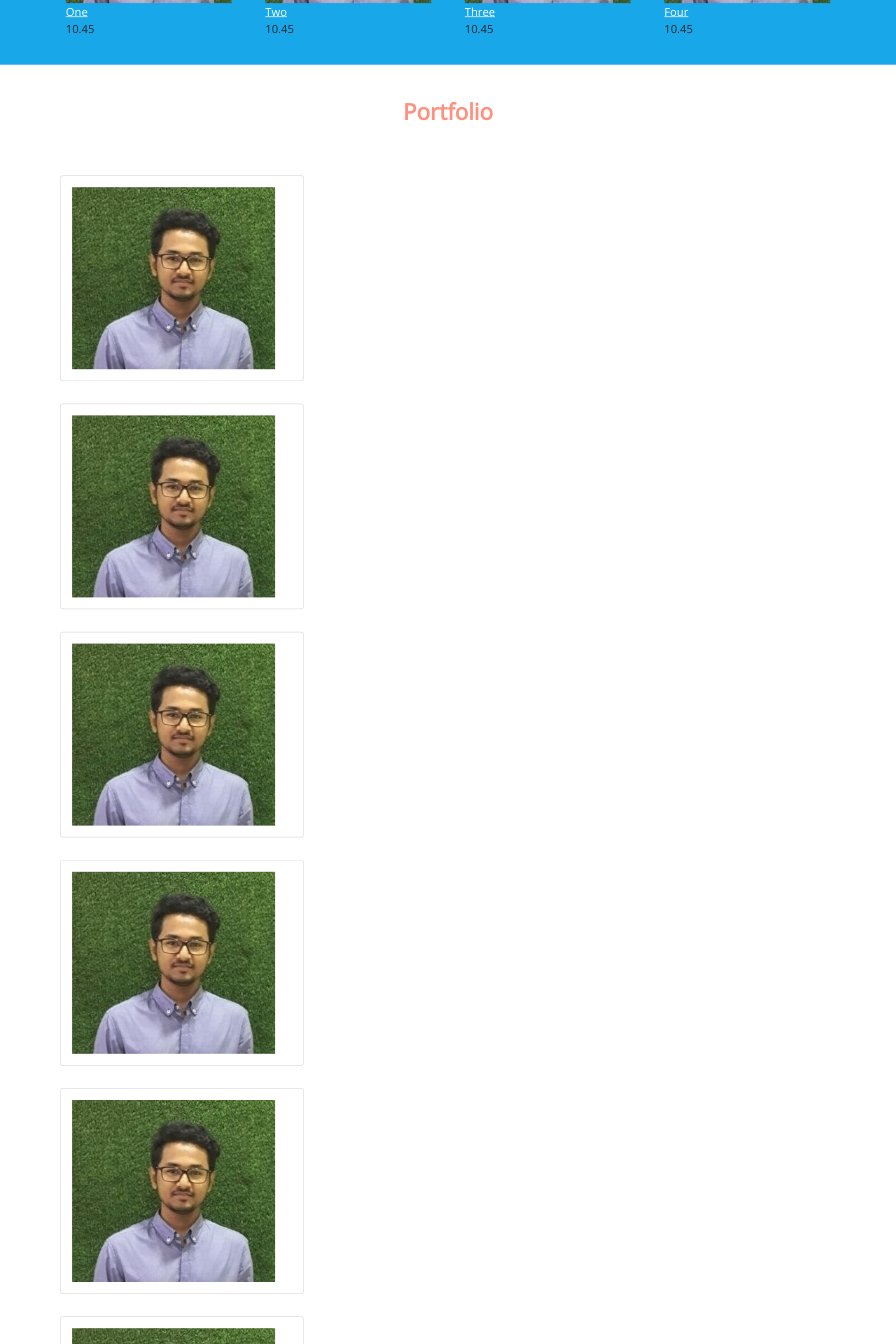
Repository: emowzz/emowzz.github.io
Page: index.html
The author's editor kept a copy of each file at every save. The page is drawn from the files as they stood at one save, then again after the next save.
The browser window is 1280 px wide. The pictures show the part of the page from y = 2599 to 4519 px (the page is 4789 px tall before and 4821 px after), at 70% of full size.
Some web libraries are served in a nearby version.

Above is the page before, as saved 2021-03-17 23:32:59.

### index.html
<!doctype html>
<html lang="en">

<head>
  <!-- Required meta tags -->
  <meta charset="utf-8">
  <meta name="viewport" content="width=device-width, initial-scale=1">
  <link rel="shortcut icon" type="image/png" href="./Image/myImgZoom.jpg">
  <!-- Bootstrap CSS -->
  <link href="https://cdn.jsdelivr.net/npm/bootstrap@5.0.0-beta2/dist/css/bootstrap.min.css" rel="stylesheet"
    integrity="sha384-BmbxuPwQa2lc/FVzBcNJ7UAyJxM6wuqIj61tLrc4wSX0szH/Ev+nYRRuWlolflfl" crossorigin="anonymous">
  <link rel="preconnect" href="https://fonts.gstatic.com">
  <link href="https://fonts.googleapis.com/css2?family=Open+Sans:wght@300&display=swap" rel="stylesheet">
  <link rel="stylesheet" href="./CSS/style.css">


  <title>Hi There, I'm Fahim Foysal Emon!</title>

  <script src="https://kit.fontawesome.com/a076d05399.js" crossorigin="anonymous"></script>
</head>

<body>

  <!-- this is banner section -->
  <section class="banner-container container-fluid">
    <div class="row vh-100">
      <div class="col-md-9 banner-column m-auto text-center text-white p-4 border border-light">
        <h1 class="display:4 fw-bolder">Fahim Foysal Emon</h1>
        <h3>Software Developer</h3>
      </div>
    </div>
  </section>

  <!-- this is nav-bar section -->
  <nav class="navbar navbar-expand-lg navbar-dark navbar-container">
    <div class="container-fluid">
      <button class="navbar-toggler" type="button" data-bs-toggle="collapse" data-bs-target="#navbarSupportedContent"
        aria-controls="navbarSupportedContent" aria-expanded="false" aria-label="Toggle navigation">
        <span class="navbar-toggler-icon"></span>
      </button>
      <div class="collapse navbar-collapse" id="navbarSupportedContent">
        <ul class="navbar-nav m-auto mb-2 mb-lg-0">
          <li class="nav-item">
            <a class="nav-link active" aria-current="page" href="#About">ABOUT</a>
          </li>
          <li class="nav-item">
            <a class="nav-link" href="#Education">EDUCATION</a>
          </li>
          <li class="nav-item">
            <a class="nav-link" href="#Project">PROJECT</a>
          </li>
          <li class="nav-item">
            <a class="nav-link" href="#Portfolio">PORTFOLIO</a>
          </li>
          <li class="nav-item">
            <a class="nav-link" href="#Gallery">GALLERY</a>
          </li>
          <li class="nav-item">
            <a class="nav-link" href="#Contact">CONTACT</a>
          </li>
        </ul>
      </div>
    </div>
  </nav>

  <!-- this is about section -->
  <div class="about-container" id="About">
    <div class="container">
      <div class="row align-items-center justify-content-center">
        <div class="col-md-9 py-5 text-white">
          <h3>Fahim Foysal Emon</h3>
          <p>Software Developer</p>
          <p>Lorem ipsum dolor, sit amet consectetur adipisicing elit. Qui a architecto tempore blanditiis, aperiam
            eius, id optio fugit odit quis reiciendis ad expedita consequatur dolores repellendus asperiores illum
            assumenda molestias distinctio dicta suscipit mollitia doloribus eum voluptates. Quisquam molestiae eius
            numquam quidem iusto asperiores dolorem minima minus accusantium, accusamus doloribus.</p>
          <p>Lorem ipsum dolor sit, amet consectetur adipisicing elit. Sint quidem accusamus dolor sed voluptas
            distinctio eos? Tempore sed omnis mollitia asperiores quos quidem hic porro consectetur? Numquam in ipsa
            commodi inventore nostrum asperiores consequuntur! Nemo molestiae necessitatibus suscipit doloribus eius!
          </p>
          <p>
            Lorem ipsum dolor sit amet consectetur adipisicing elit. Nisi suscipit dignissimos tempore culpa soluta,
            assumenda voluptas dolores quam nobis? Sed ad dolores itaque eveniet nulla autem quos et. Animi, laudantium?
          </p>
        </div>

        <div class="col-md-3 mb-4">
          <img src="/Image/myImg.png" alt="" class="img-fluid border rounded-circle border-light">
        </div>
      </div>
    </div>
  </div>

  <!-- this is education section -->
  <div class="education-container" id="Education">
    <div class="container">
      <div class="row text-center">
        <div class="col py-5">
          <h2 class="bg-redType-color fw-bolder">
            Education
          </h2>
        </div>
      </div>

      <div class="row my-4 py-5 align-items-center justify-content-center">
        <div class="col-md-2 pd-3 mx-5">
          <div class="circle text-center text-white">
            <p class="py-5">
              June, 2013 <br>
              Dec, 2015
            </p>
          </div>
        </div>

        <div class="col-md-9">
          <div class="card">
            <div class="card-body">
              Lorem ipsum dolor sit, amet consectetur adipisicing elit. Consequuntur exercitationem veniam dicta est
              nemo possimus aperiam reiciendis necessitatibus quisquam reprehenderit tempore, tenetur aspernatur? Itaque
              id, animi illo blanditiis earum consequuntur eaque illum nisi omnis reiciendis quisquam quidem, quae
              laudantium! Praesentium eligendi non dolorem optio ipsa distinctio explicabo animi vitae nam.
            </div>
          </div>
        </div>

      </div>

      <div class="row my-4 py-5 align-items-center justify-content-center">
        <div class="col-md-2 pb-3 mx-5">
          <div class="circle text-center text-white">
            <p class="py-5">
              June, 2013 <br>
              Dec, 2015
            </p>
          </div>
        </div>

        <div class="col-md-9">
          <div class="card">
            <div class="card-body">
              Lorem ipsum dolor sit, amet consectetur adipisicing elit. Consequuntur exercitationem veniam dicta est
              nemo possimus aperiam reiciendis necessitatibus quisquam reprehenderit tempore, tenetur aspernatur? Itaque
              id, animi illo blanditiis earum consequuntur eaque illum nisi omnis reiciendis quisquam quidem, quae
              laudantium! Praesentium eligendi non dolorem optio ipsa distinctio explicabo animi vitae nam.
            </div>
          </div>
        </div>

      </div>
    </div>
  </div>

  <!-- this is project section -->

  <div class="project-container" id="Project">
    <div class="container">
      <div class="row text-center">
        <div class="col py-5">
          <h2 class="text-white fw-bolder">
            Projects
          </h2>
        </div>
      </div>
      <div class="row">
        <div class="col-md-3 p-4">
          <img src="./Image/myImgZoom.jpg" alt="" class="img-fluid">
          <a href="" class="text-white">One</a>
          <p>10.45</p>
        </div>
        <div class="col-md-3 p-4">
          <img src="./Image/myImgZoom.jpg" alt="" class="img-fluid">
          <a href="" class="text-white">Two</a>
          <p>10.45</p>
        </div>
        <div class="col-md-3 p-4">
          <img src="./Image/myImgZoom.jpg" alt="" class="img-fluid">
          <a href="" class="text-white">Three</a>
          <p>10.45</p>
        </div>
        <div class="col-md-3 p-4">
          <img src="./Image/myImgZoom.jpg" alt="" class="img-fluid">
          <a href="" class="text-white">Four</a>
          <p>10.45</p>
        </div>
        </div>
      </div>
    </div>


    <!-- This is portfolio section -->

    <div class="portfolio-container">
      <div class="container">
        <div class="row text-center">
          <div class="col py-5">
            <h2 class="fw-bolder bg-redType-color">
              Portfolio
            </h2>
          </div>
        </div>

        <div class="row">
          <div class="col-md-4 p-3">
            <div class="card">
              <div class="card-body">
                <img src="./Image/myImgZoom.jpg" alt="" class="img-fluid">
              </div>
            </div>
          </div>
        </div>

        <div class="row">
          <div class="col-md-4 p-3">
            <div class="card">
              <div class="card-body">
                <img src="./Image/myImgZoom.jpg" alt="" class="img-fluid">
              </div>
            </div>
          </div>
        </div>

        <div class="row">
          <div class="col-md-4 p-3">
            <div class="card">
              <div class="card-body">
                <img src="./Image/myImgZoom.jpg" alt="" class="img-fluid">
              </div>
            </div>
          </div>
        </div>

        <div class="row">
          <div class="col-md-4 p-3">
            <div class="card">
              <div class="card-body">
                <img src="./Image/myImgZoom.jpg" alt="" class="img-fluid">
              </div>
            </div>
          </div>
        </div>

        <div class="row">
          <div class="col-md-4 p-3">
            <div class="card">
              <div class="card-body">
                <img src="./Image/myImgZoom.jpg" alt="" class="img-fluid">
              </div>
            </div>
          </div>
        </div>

        <div class="row">
          <div class="col-md-4 p-3">
            <div class="card">
              <div class="card-body">
                <img src="./Image/myImgZoom.jpg" alt="" class="img-fluid">
              </div>
            </div>
          </div>
        </div>

      </div>

    </div>

  <!-- Optional JavaScript; choose one of the two! -->

  <!-- Option 1: Bootstrap Bundle with Popper -->
  <script src="https://cdn.jsdelivr.net/npm/bootstrap@5.0.0-beta2/dist/js/bootstrap.bundle.min.js"
    integrity="sha384-b5kHyXgcpbZJO/tY9Ul7kGkf1S0CWuKcCD38l8YkeH8z8QjE0GmW1gYU5S9FOnJ0"
    crossorigin="anonymous"></script>

  <!-- Option 2: Separate Popper and Bootstrap JS -->
  <!--
    <script src="https://cdn.jsdelivr.net/npm/@popperjs/core@2.6.0/dist/umd/popper.min.js" integrity="sha384-KsvD1yqQ1/1+IA7gi3P0tyJcT3vR+NdBTt13hSJ2lnve8agRGXTTyNaBYmCR/Nwi" crossorigin="anonymous"></script>
    <script src="https://cdn.jsdelivr.net/npm/bootstrap@5.0.0-beta2/dist/js/bootstrap.min.js" integrity="sha384-nsg8ua9HAw1y0W1btsyWgBklPnCUAFLuTMS2G72MMONqmOymq585AcH49TLBQObG" crossorigin="anonymous"></script>
    -->
</body>

</html>

### CSS/style.css
body {
    font-family: 'Open Sans', sans-serif;
}


.banner-container {
    background-color: #CACACA;
}

.banner-column {
    background-color: #868486;
}

.navbar-container {
    background-color: #102040;
}

.about-container {
    background-color: #00A9C0;
}

.education-container {
    background-color: #eeebf0;
}

.bg-redType {
    background-color: #d36959;
}

.bg-redType-color {
    color: #FF907E;
}

.circle {
    background-color: #d36959;
    width: 150px;
    height: 150px;
    border-radius: 50%;
}

.project-container {
    background-color: #18a7e9;
}

After the next save:
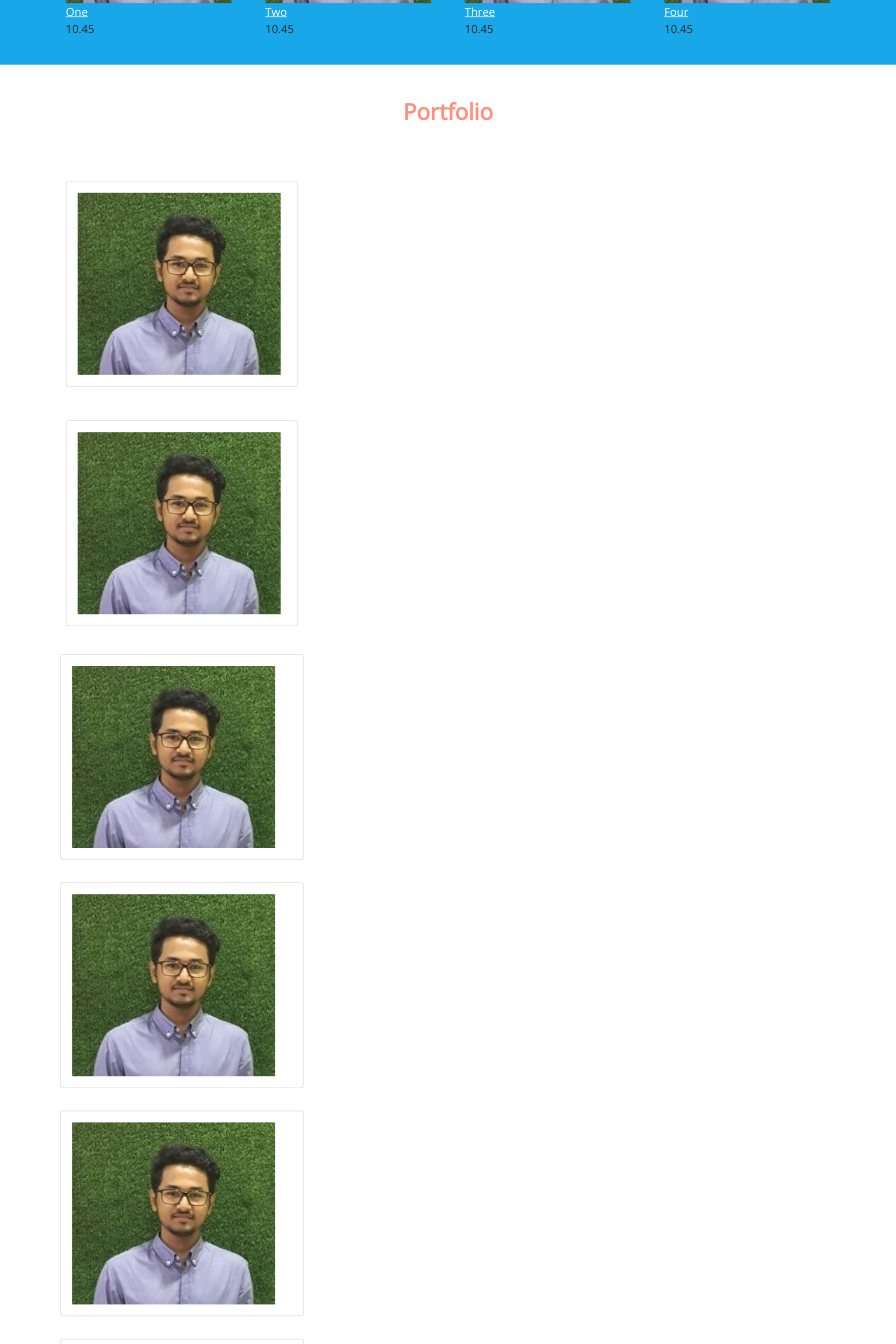
Saved 61 s later.
--- a/index.html
+++ b/index.html
@@ -200,17 +200,17 @@
         </div>
 
         <div class="row">
-          <div class="col-md-4 p-3">
-            <div class="card">
-              <div class="card-body">
-                <img src="./Image/myImgZoom.jpg" alt="" class="img-fluid">
-              </div>
-            </div>
-          </div>
-        </div>
-
-        <div class="row">
-          <div class="col-md-4 p-3">
+          <div class="col-md-4 p-4">
+            <div class="card">
+              <div class="card-body">
+                <img src="./Image/myImgZoom.jpg" alt="" class="img-fluid">
+              </div>
+            </div>
+          </div>
+        </div>
+
+        <div class="row">
+          <div class="col-md-4 p-4">
             <div class="card">
               <div class="card-body">
                 <img src="./Image/myImgZoom.jpg" alt="" class="img-fluid">
